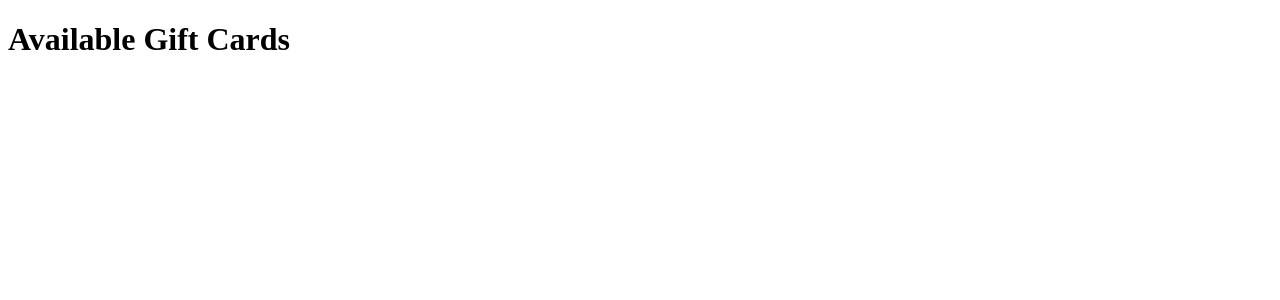
Repository: Hedley01/giftcard-store
Page: index.html
The author's editor kept a copy of each file at every save. The page is drawn from the files as they stood at one save, then again after the next save.
The browser window is 1280 px wide. The pictures show the whole page.

Above is the page before, as saved 2025-07-01 02:54:23.

After the next save:
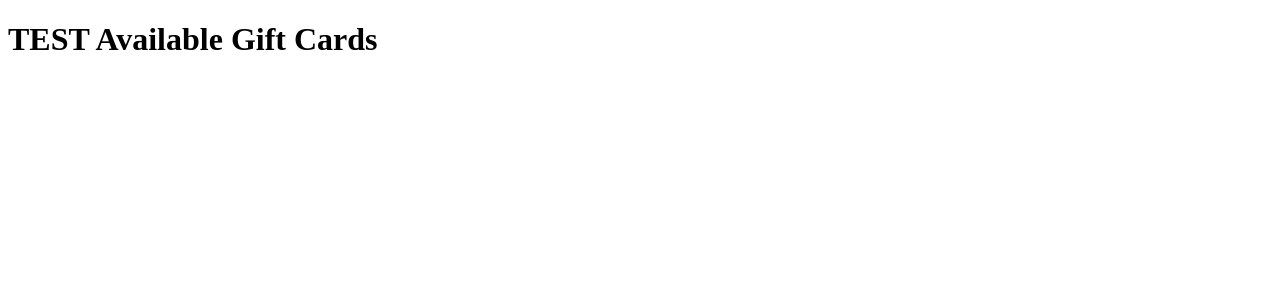
Saved 14 s later.
--- a/index.html
+++ b/index.html
@@ -6,30 +6,9 @@
         <title>GiftCardsTT</title>
     </head>
     <body>
-        <h1 class="page-title">Available Gift Cards</h1>
+        <h1 class="page-title">TEST Available Gift Cards</h1>
         <div class="grid-container" id="products-grid">
             <!-- Cards will be injected here via JS-->
         </div>
     </body>
 </html>
-<!DOCTYPE html>
-<html lang="en">
-    <head>
-        <meta charset="UTF-8">
-        <meta name="viewport" content="width=device-width, initial-scale=1.0">
-        <title>GiftCardsTT</title>
-    </head>
-    <body>
-
-    </body>
-</html>
-<!DOCTYPE html>
-<html lang="en">
-    <head>
-        <meta charset="UTF-8">
-        <meta name="viewport" content="width=device-width, initial-scale=1.0">
-    </head>
-    <body>
-
-    </body>
-</html>

After the save that followed:
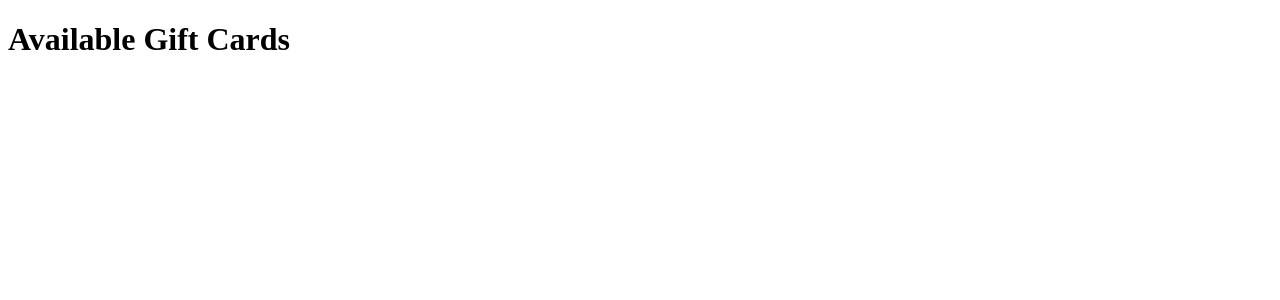
Saved 2 min 7 s later.
--- a/index.html
+++ b/index.html
@@ -6,7 +6,7 @@
         <title>GiftCardsTT</title>
     </head>
     <body>
-        <h1 class="page-title">TEST Available Gift Cards</h1>
+        <h1 class="page-title">Available Gift Cards</h1>
         <div class="grid-container" id="products-grid">
             <!-- Cards will be injected here via JS-->
         </div>
